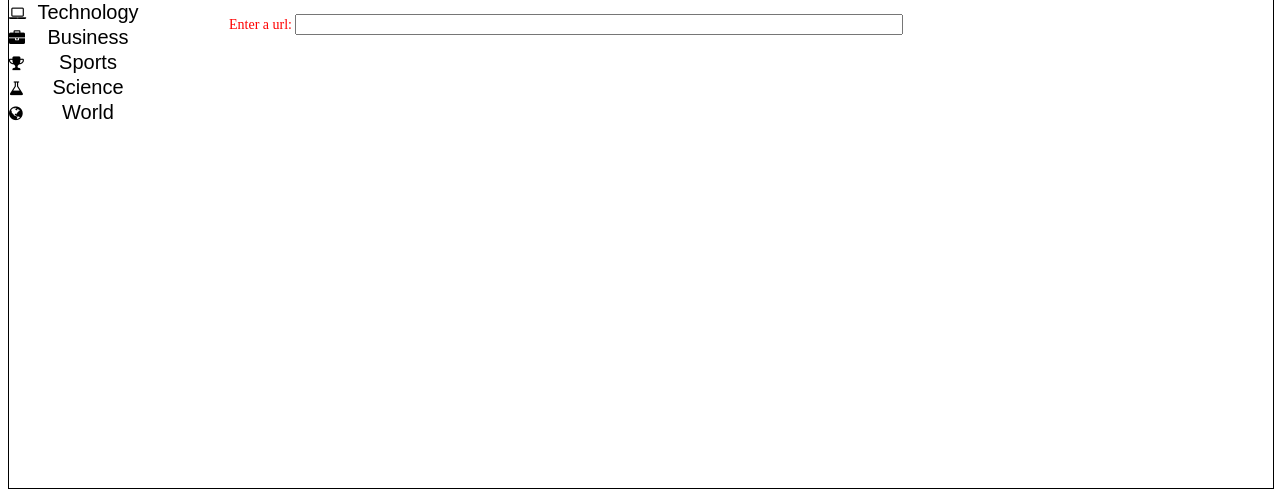
Repository: prm2711/javaapps
Page: eclipse-workspace/RSSFeedProject/WebContent/index.html
These files come from the project's save history. The page is drawn as it stood at one moment and after the next save; the edit follows.
The browser window is 1280 px wide. The pictures show the part of the page from y = 121 to 611 px (the page is 1025 px tall).
Pictures or frames that could not be fetched are drawn as grey boxes.

Above is the page before, as saved 2018-01-19 04:05:27.

After the next save:
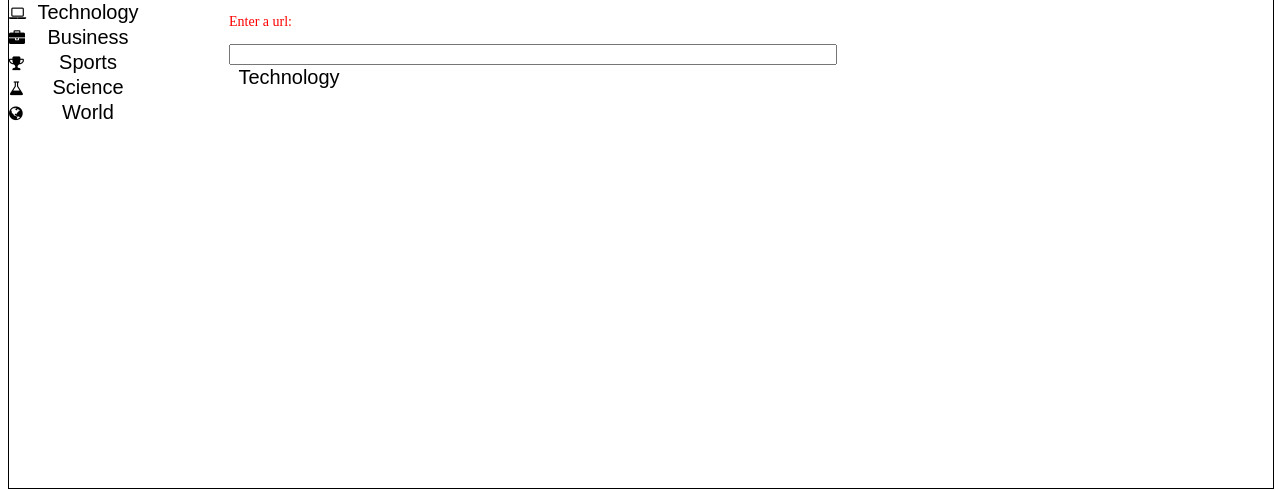
Saved 59 s later.
--- a/eclipse-workspace/RSSFeedProject/WebContent/index.html
+++ b/eclipse-workspace/RSSFeedProject/WebContent/index.html
@@ -30,7 +30,10 @@
 		</div>
        <div class="text-view">
        <p>Enter a url:
-       <input type="text" class="input-box" name="input-box">
+       <form action="RSSRetrieveServlet" method="post">
+       <input type="text" class="input-box" name="input-box"><br>
+       <input type="submit" value="Technology" class="business" name='xyz'><br>
+       </form>
        </p>
        <img alt="News" class="main-img" src="https://africanreporter.co.za/wp-content/uploads/sites/32/2017/08/news-2-e1481703815958.jpg">
       </div>
